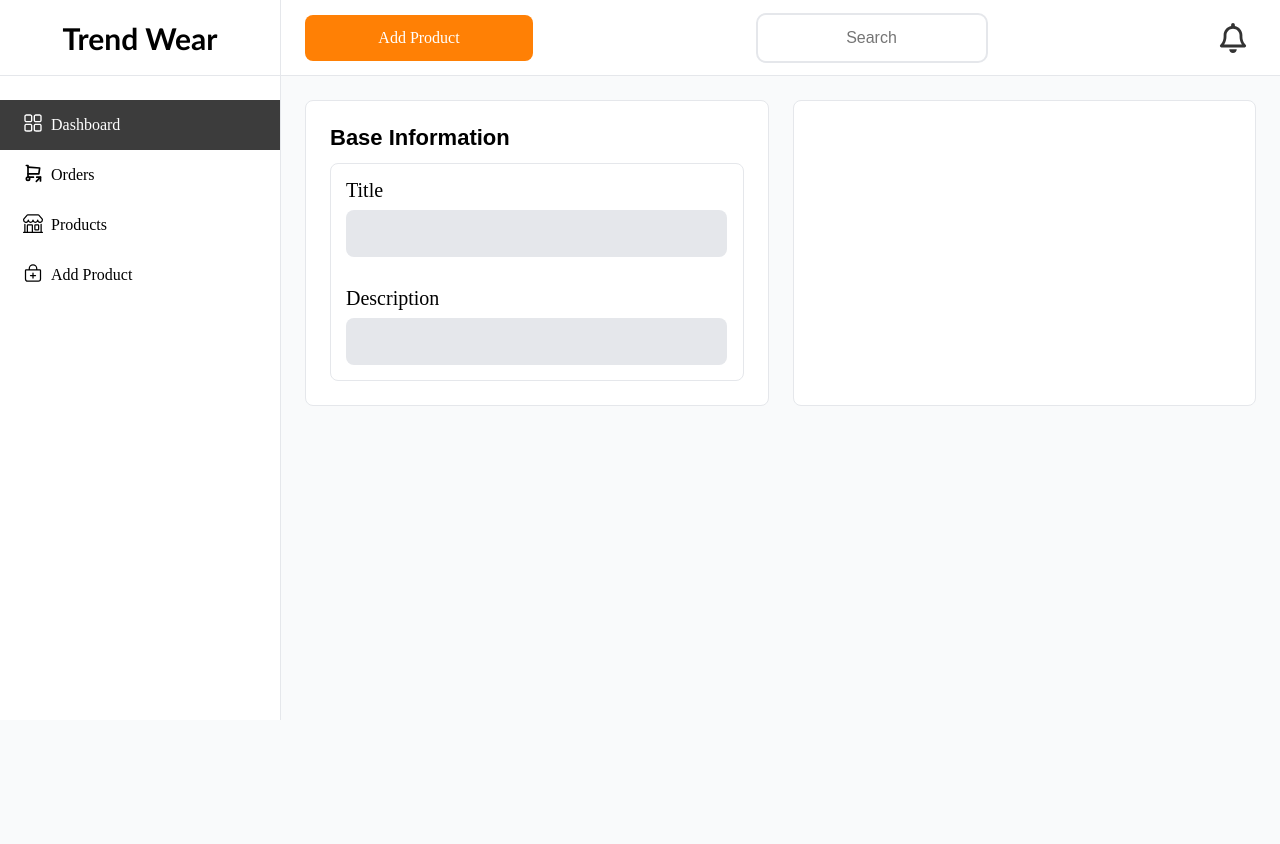
Repository: ahmad-dev7/TrendWear
Page: / (app in trend_wear_dashboard/)
These files come from the project's save history. The page is drawn as it stood at one moment and after the next save; the edit follows.
The browser window is 1280 px wide. The pictures show the whole page.
The project was rebuilt for these pictures with package versions that can differ from the ones it lists, and the page was loaded fresh each time. Also part of the build but not shown: trend_wear_dashboard/vite.config.ts.

Above is the page before, as saved 2025-01-20 02:52:07.

After the next save:
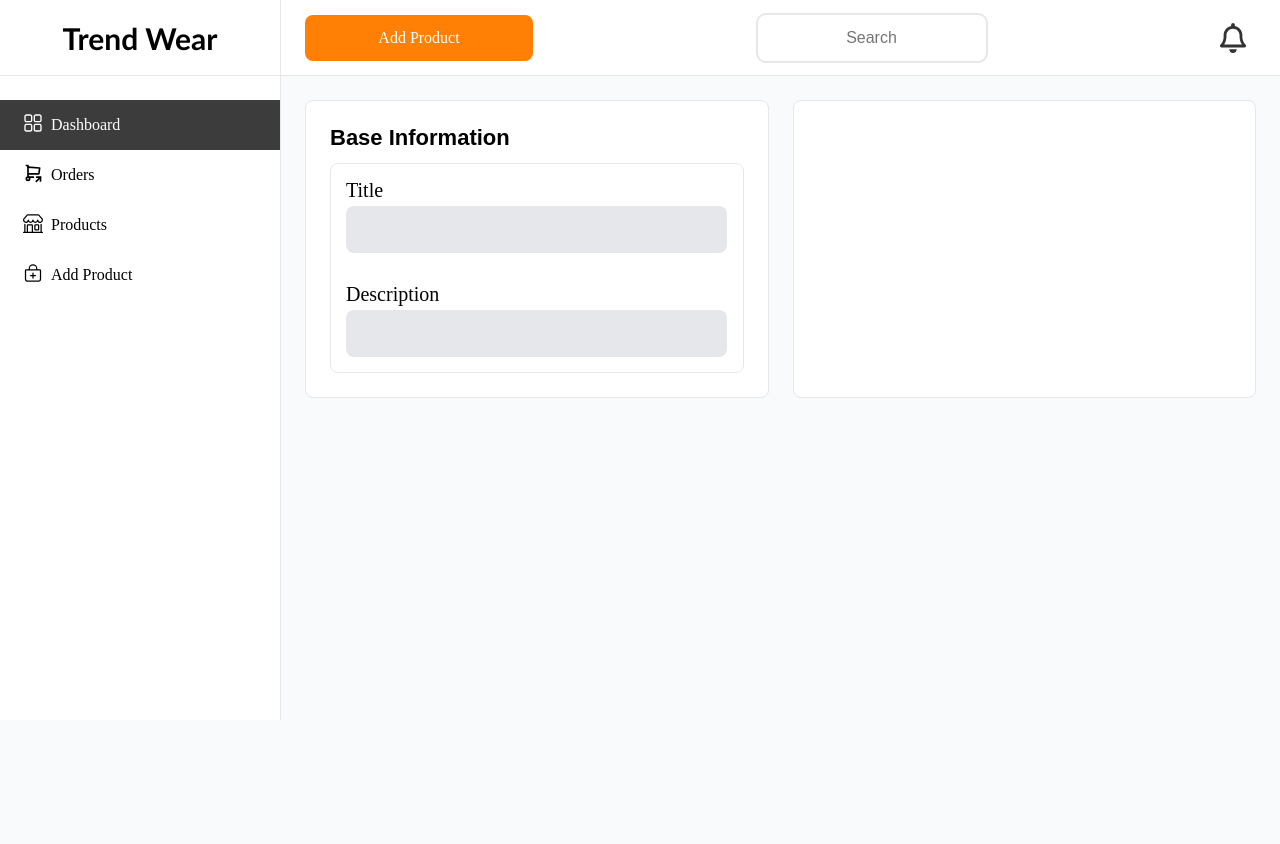
Saved 9 s later.
--- a/trend_wear_dashboard/src/Components/AddProduct/ProductDetails.css
+++ b/trend_wear_dashboard/src/Components/AddProduct/ProductDetails.css
@@ -25,7 +25,7 @@ p:not(.heading) {
     margin: 0px;
     font-size: 20px;
     font-weight: 500;
-    margin-bottom: 8px;
+    margin-bottom: 4px;
 }
 
 

After the save that followed:
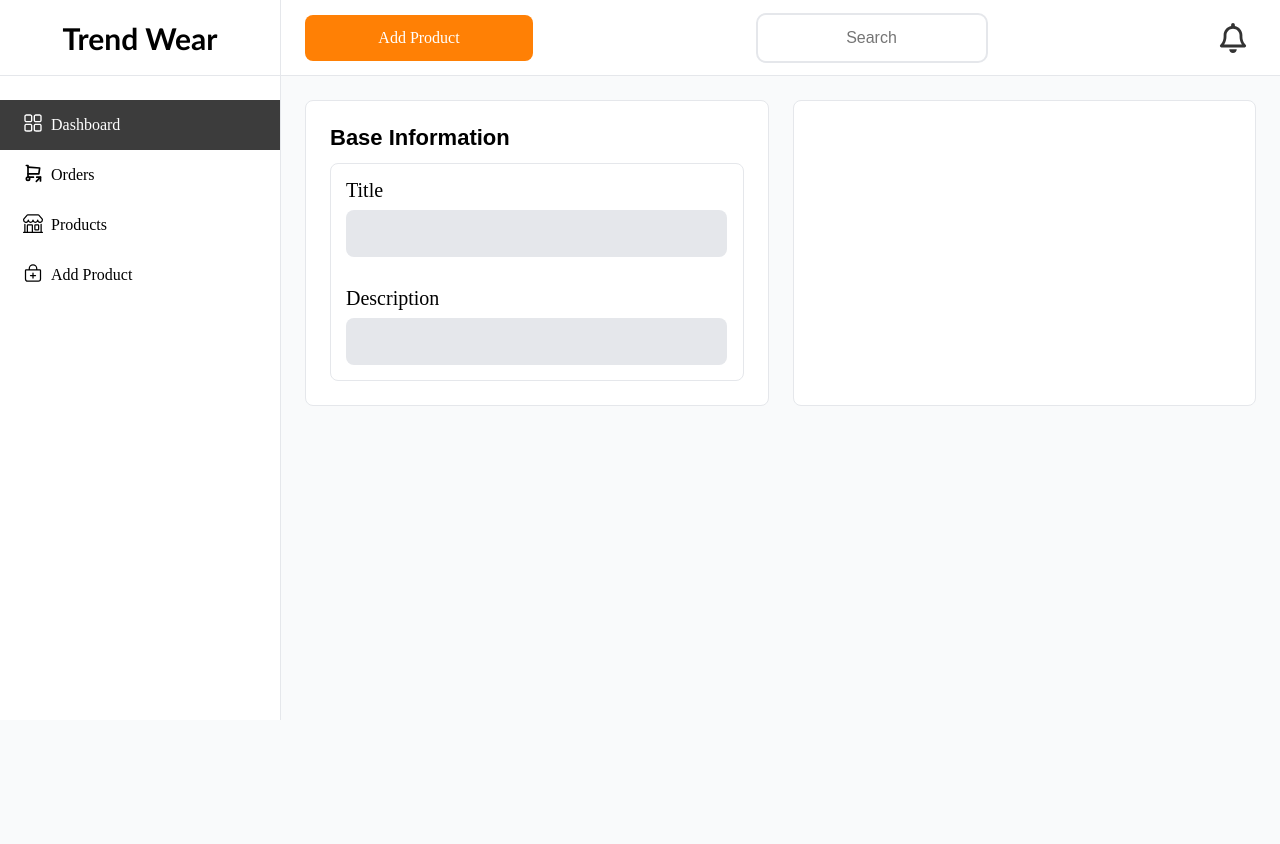
Saved 15 s later.
--- a/trend_wear_dashboard/src/Components/AddProduct/ProductDetails.css
+++ b/trend_wear_dashboard/src/Components/AddProduct/ProductDetails.css
@@ -25,7 +25,7 @@ p:not(.heading) {
     margin: 0px;
     font-size: 20px;
     font-weight: 500;
-    margin-bottom: 4px;
+    margin-bottom: 8px;
 }
 
 
